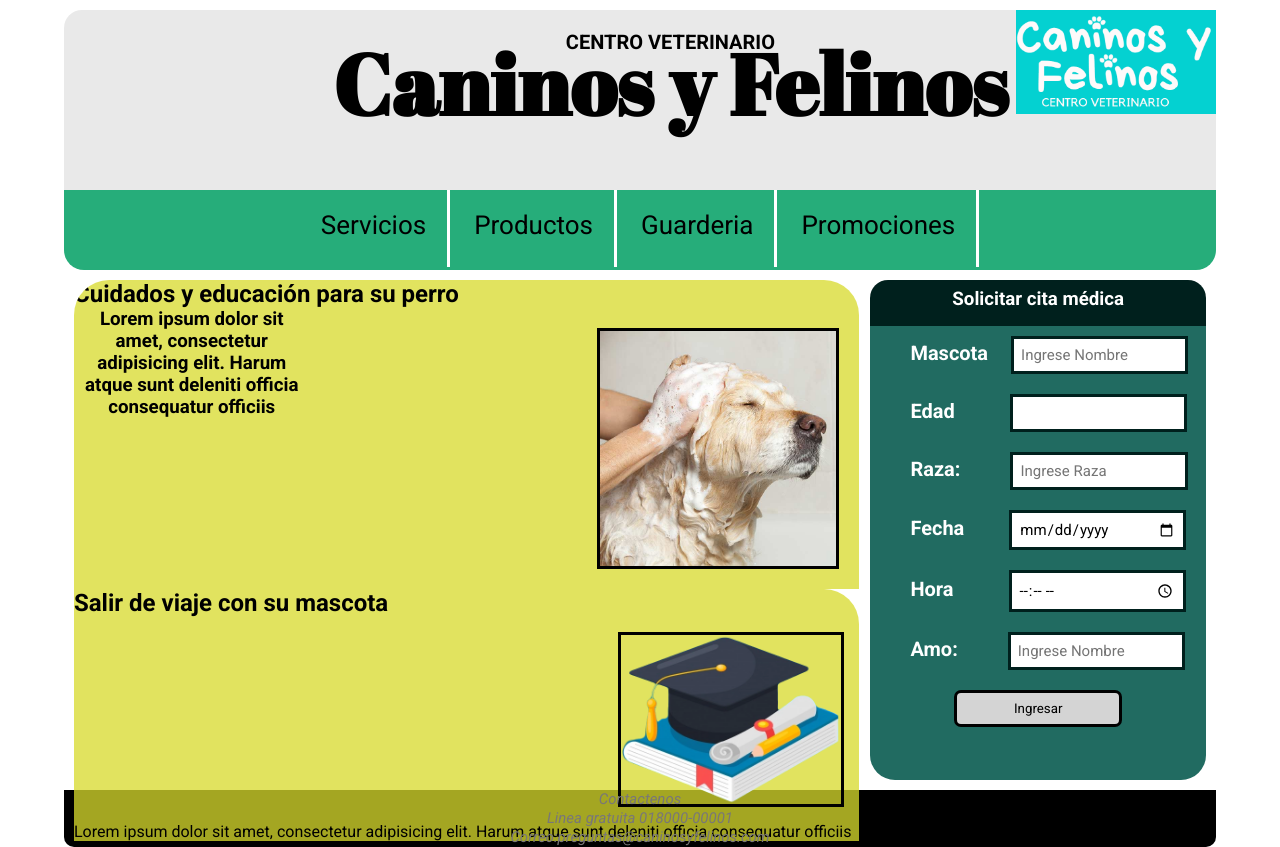
Repository: NickArregoces/Veterinaria
Page: Index.html
These files come from the project's save history. The page is drawn as it stood at one moment and after the next save; the edit follows.
The browser window is 1280 px wide. The pictures show the whole page.

Above is the page before, as saved 2021-10-05 17:13:23.

### Index.html
<!DOCTYPE html>
<html lang="en">
<head>
    <meta charset="UTF-8">
    <meta http-equiv="X-UA-Compatible" content="IE=edge">
    <meta name="viewport" content="width=device-width, initial-scale=1.0">
    <title>Canicos y felinos</title>
    <link rel="stylesheet" href="/CSS/Style.css">
    <link href="https://fonts.googleapis.com/css2?family=Roboto:ital,wght@0,100;0,300;0,400;0,500;0,700;0,900;1,100;1,300;1,400;1,500;1,700;1,900&display=swap" rel="stylesheet">
    <link rel="preconnect" href="https://fonts.googleapis.com">
    <link rel="preconnect" href="https://fonts.gstatic.com" crossorigin>
    <link href="https://fonts.googleapis.com/css2?family=Abril+Fatface&display=swap" rel="stylesheet">

</head>
<body>
    <div id="head">
        <header>
            <div class="image">
                <img src="/Images/logo.png" alt="logo">
            </div>
            <div class="title" >
                <h3>CENTRO VETERINARIO</h3>
                <h1>Caninos y Felinos</h1>
            </div>

        </header>

        <div class="navegador">
            <ul class="menu">
                <li><a href="#">Servicios</a></li>
                <li><a href="#">Productos</a></li>
                <li><a href="#">Guarderia</a></li>
                <li><a href="#">Promociones</a></li>
            </ul>
        </div>

    </div>
        <div id="Contenido">
            <div class="section">

                <form action="" class="cita">
                    <h3 style="color: rgb(255, 255, 255);">Solicitar cita médica</h3>
                        <div class="Mascota">
                            <h4>Mascota<input type="text" placeholder="Ingrese Nombre" required></h4>
                        </div>

                        <div class="Edad">
                            <h4>Edad<input type="number" required></h4>
                        </div>

                        <div class="Raza">
                            <h4>Raza:<input type="text" placeholder="Ingrese Raza" required></h4>
                        </div>
                        <div class="Fecha">
                            <h4>Fecha<input type="date" placeholder="" required></h4>
                        </div>

                        <div class="Hora">
                            <h4>Hora<input type="time" required></h4>
                        </div>

                        <div class="Amo">
                            <h4>Amo:<input type="text" placeholder="Ingrese Nombre" required></h4>
                        </div>

                    <div class="button">
                        <button class="sumbit"> Ingresar </button>
                    </div>

                </form>
            </div>

            <div id="Cuadros">
                <aside>
                    <div class="Cuidados">
                        <h2 style="color: rgb(0, 0, 0);">Cuidados y educación para su perro</h2>

                        <div id="Prueba">
                        <img id="Prubea" src="/Images/credit.png" alt="">

                        <h3>Lorem ipsum dolor sit amet, consectetur adipisicing elit.
                            Harum atque sunt deleniti officia consequatur officiis</h3>
                        </div>
                    </div>

                    <div class="Viajes">
                        <h2 style="color: rgb(0, 0, 0);">Salir de viaje con su mascota</h2>

                        <div id="Prueba">
                        <img id="Prubea" src="/Images/Captura de pantalla 2021-10-04 181948.png" alt="">
                        </div>

                        <p>Lorem ipsum dolor sit amet, consectetur adipisicing elit.
                            Harum atque sunt deleniti officia consequatur officiis</p>
                    </div>
                </aside>
            </div>

            <div>
                <footer>
                        <p>Contactenos</p>
                        <p>Linea gratuita 018000-00001</p>
                        <p>Correo:preguntas@caninosyfelinos.com</p>
                </footer>
            </div>
        </div>

</body>
</html>

### CSS/Style.css

*{
    margin: 0 auto;
    padding: 0px;
    list-style:none;
    font-family: 'Roboto', sans-serif;
}
body{
    font-family: Arial, Helvetica, sans-serif;
    background: rgb(255, 255, 255);
    width: 90%;
    color: rgb(0, 0, 0);
}
header{
    width: 100%;
    margin-top: 10px;
    background:rgb(233, 233, 233);
    border-top-left-radius:  18px;
    border-top-right-radius:  18px;
    height: 180px;
}
    img{
        float: right;
        width: 200px;
    }
    .title{
        float: right;
        width: 60%;
        margin-top: 20px;
    }
    header h1{
        font-family: 'Abril Fatface', cursive;
        font-size: 85px;
        text-align: center;
        line-height: 60px;
        display: block;
        color: black;
    }
    header h3{
        font-size: 20px;
        text-align: center;
    }
div.navegador{
    text-align: center;
}
    ul.menu{
        border-bottom-left-radius: 20px 20px;
        border-bottom-right-radius: 20px 20px;
        background: rgb(38, 173, 122);
        height: 80px;
        list-style: none;
        padding: 0;
        max-width: 10000px;
    }
    .menu li a{
        height: 37px;
        font-size: 26px;
        margin-right: 1px;
        text-decoration: none;
        color:black;
        padding: 20px;
        display: inline-block;
    }
    .menu li {
        border-right: solid white;
        display: inline-block;
        }
    .menu li a:hover{
        background: #242323b6;
        color: white;
        }

.section{
    width: 30%;
    float: right;
}
    /*Formulario Login*/
    form{
        background: rgb(33, 107, 97);
        border-radius: 25px;
        margin-top: 10px;
        margin-right:10px;
        margin-bottom: 10px;
        height: 500px;
    }
        form h3{
            text-align: center;
            background: rgb(0, 32, 29);
            height: 30px;
            padding: 8px;
            border-top-left-radius: 18px;
            border-top-right-radius: 18px;
        }
        form h4{
            font-size: 20px;
            padding: 10px;
            margin-left: 30px;
            color: rgb(255, 255, 255);

        }
        form input{
            font-size: 15px;
            width: 55%;
            padding: 7px;
            display: inline;
            border: solid rgb(0, 32, 29);
            margin-left: 10px;
        }
        div.Mascota input {
            margin-left: 23px;
        }
        div.Edad input {
            margin-left: 55px;
        }
        div.Raza input {
            margin-left: 50px;
        }
        div.Fecha input {
            margin-left: 45px;
        }
        div.Hora input {
            margin-left: 55px;
        }
        div.Amo input {
            margin-left: 50px;
        }
        div.button{
            margin-top: 10px;
            margin: auto;
            text-align: center;
            width: 50%;
            cursor: pointer;
        }
        button{
            margin-top: 10px;
            width: 100%;
            padding: 8px;
            background: rgb(212, 212, 212);
            border-radius: 7px;
            border: solid black;
            cursor: pointer;
        }
        button:hover{
            background: #000000b6;
            color: rgb(255, 255, 255);
        }
aside{
    width: 69%;
    height: 500px;
    margin-top: 10px;
    float: left;
    margin-bottom: 10px;
}
    div.Cuidados{
        border-top-left-radius: 35px;
        border-top-right-radius: 35px;
        margin-left: 10px;
        background: rgba(216, 219, 45, 0.76);
        overflow:hidden;
    }
    /*Centrado Imagenes aside*/
    #Prueba{
        float: right;
    }
        div.Cuidados img {
            margin: 20px;
            width: 30%;
            border: solid black;
        }
        /*Efecto Imagenes aside*/
        div img:hover{
            -webkit-transform:scale(0.9);
            transform:scale(0.9);
        }
        div.Cuidados h3{
            width: 30%;
            display: inline-block;
            text-align: center;
        }

    div.Viajes {
        border-top-right-radius: 35px;
        margin-left: 10px;
        background: rgba(216, 219, 45, 0.76);
     }
        div.Viajes img {
            width: 220px;
            margin: 15px;
            border: solid black;
        }
        div.Viajes p{
            display: inline-block;
            text-align: center;
        }

footer{
    background: black;
    clear: both;
    border-bottom-left-radius: 10px;
    border-bottom-right-radius: 10px;
}
    footer p{
        font-size: 15px;
        text-align: center;
        line-height: 15px;
        color: rgb(121, 119, 119);
        font-style:italic;
        padding: 2px;
    }

After the next save:
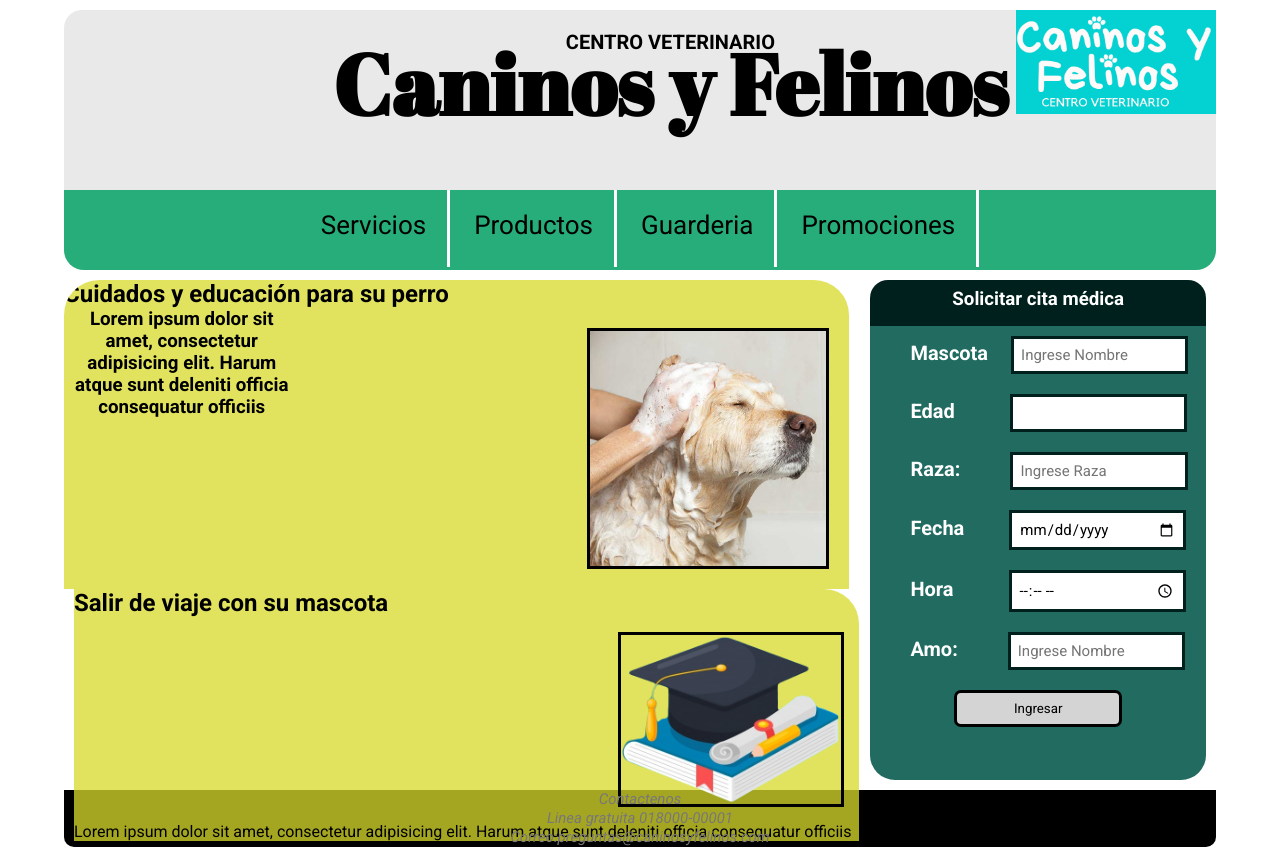
Saved 7 s later.
--- a/CSS/Style.css
+++ b/CSS/Style.css
@@ -154,7 +154,7 @@ aside{
     div.Cuidados{
         border-top-left-radius: 35px;
         border-top-right-radius: 35px;
-        margin-left: 10px;
+        margin-right: 10px;
         background: rgba(216, 219, 45, 0.76);
         overflow:hidden;
     }
